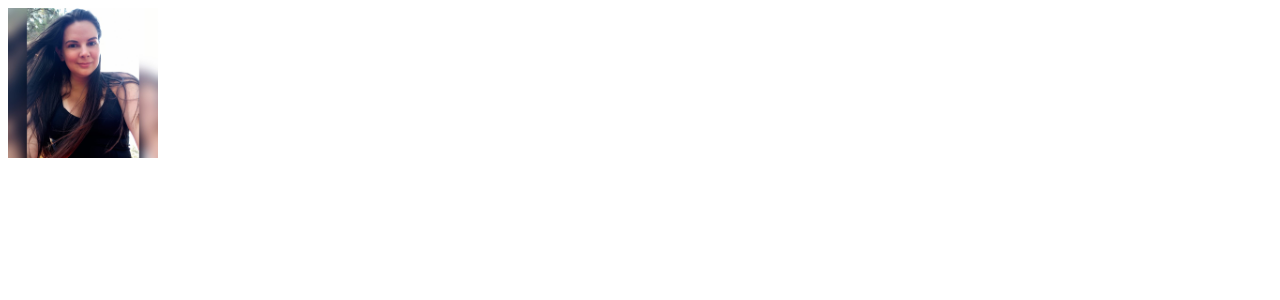
Repository: AnaBerlanda/AppAcademia
Page: index.html
The author's editor kept a copy of each file at every save. The page is drawn from the files as they stood at one save, then again after the next save.
The browser window is 1280 px wide. The pictures show the whole page.

Above is the page before, as saved 2022-02-03 13:56:46.

After the next save:
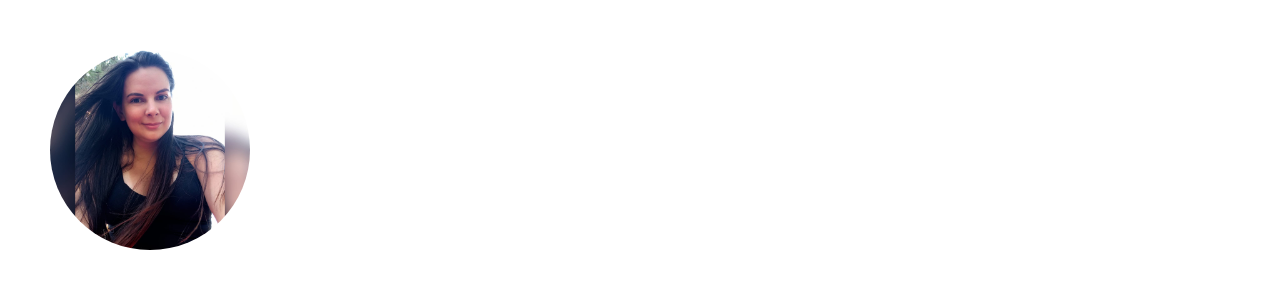
Saved 108 s later.
--- a/index.html
+++ b/index.html
@@ -5,9 +5,13 @@
     <meta charset="utf-8" />
     <title>App Academia</title>
     <style>
+        body{
+            margin: 50px;
+        }
         #redonda{
-            width: 150px;
-            height: 150px;
+            width: 200px;
+            height: 200px;
+            border-radius: 50%;
 
 
 
